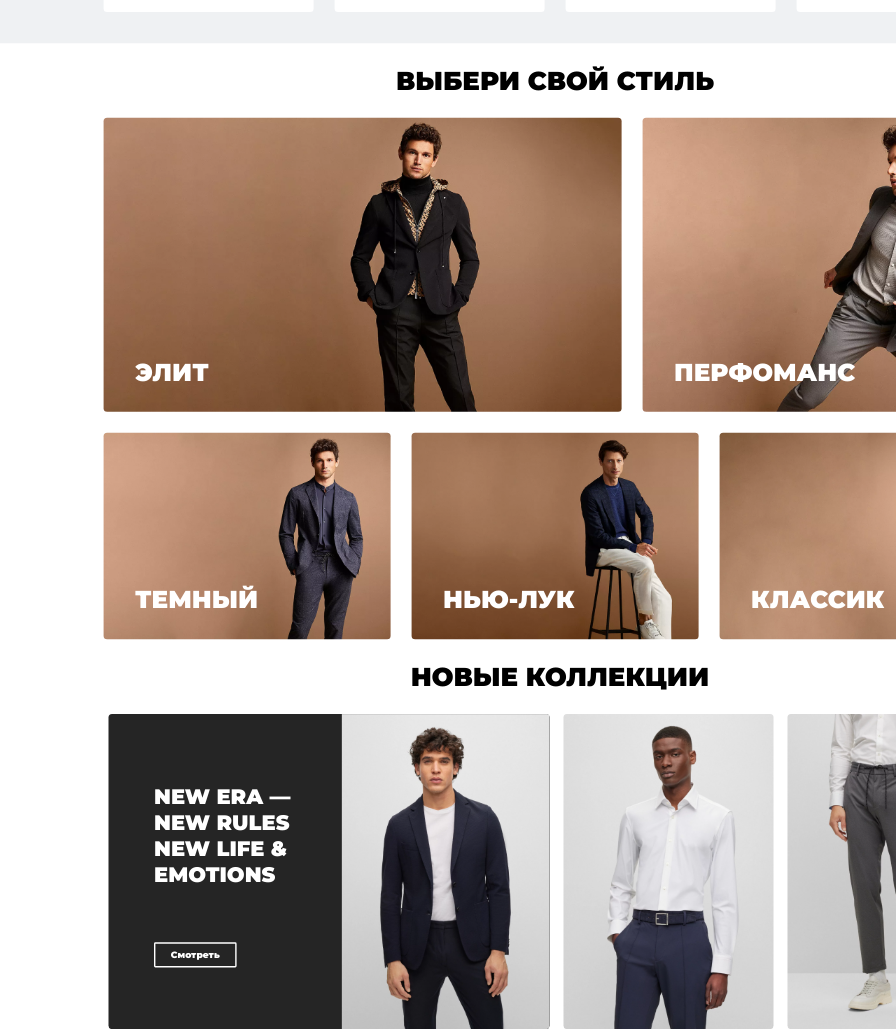
Repository: MaksimKrupkin/SigmaEllegance
Page: /
These files come from the project's save history. The page is drawn as it stood at one moment and after the next save; the edit follows.
The browser window is 1280 px wide. The pictures show the part of the page from y = 1323 to 3243 px (the page is 2793 px tall before and 3243 px after), at 70% of full size.
Some web fonts or font styles are not loaded; a fallback is used. The project was rebuilt for these pictures with package versions that can differ from the ones it lists, and the page was loaded fresh each time.

Above is the page before, as saved 2023-11-23 23:22:38.

After the next save:
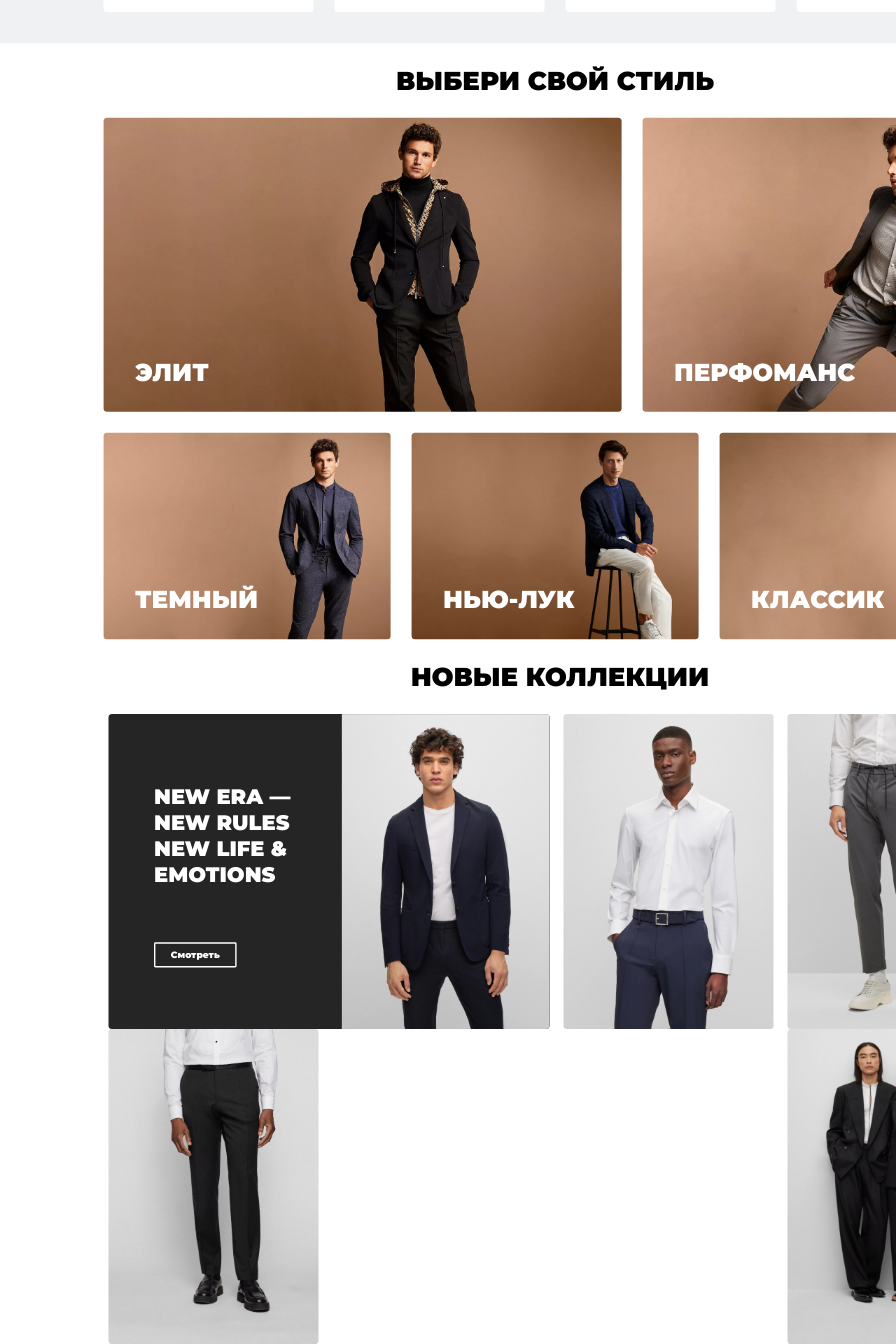
Saved 62 s later.
--- a/src/Components/Collections/Collections.module.css
+++ b/src/Components/Collections/Collections.module.css
@@ -100,3 +100,30 @@
   margin-right: 20px; /* Отступ между коллекциями */
   background-image: url(../../assets/img/collection3.png);
 }
+
+.collections_bottom {
+  display: flex;
+  flex-direction: row;
+  justify-content: space-between;
+}
+
+.collection4 {
+  display: inline-block;
+  vertical-align: top; /* Установка вертикального выравнивания */
+  width: 300px; /* Установка ширины каждой коллекции */
+  height: 450px; /* Установка высоты каждой коллекции */
+  border-radius: 5px;
+  background-size: cover; /* Растягивание изображения для заполнения контейнера */
+  margin-right: 20px; /* Отступ между коллекциями */
+  background-image: url(../../assets/img/collection4.png);
+}
+.collection5 {
+  display: inline-block;
+  vertical-align: top; /* Установка вертикального выравнивания */
+  width: 300px; /* Установка ширины каждой коллекции */
+  height: 450px; /* Установка высоты каждой коллекции */
+  border-radius: 5px;
+  background-size: cover; /* Растягивание изображения для заполнения контейнера */
+  margin-right: 20px; /* Отступ между коллекциями */
+  background-image: url(../../assets/img/collection5.png);
+}
